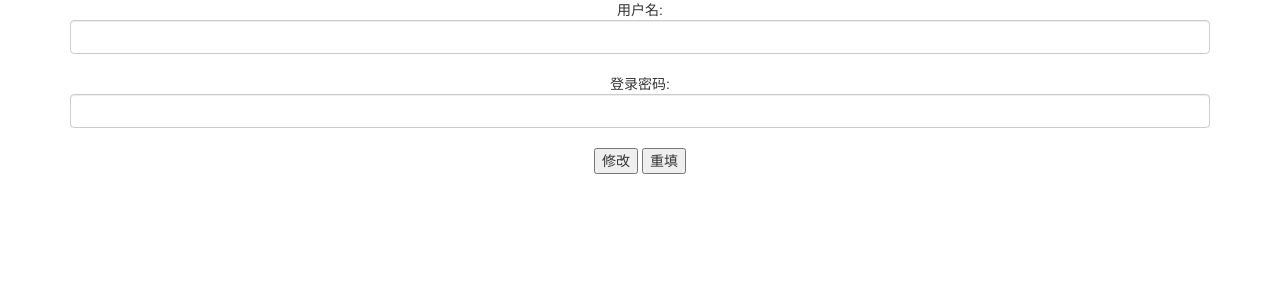
Repository: suxiaohutot/PHP
Page: http://localhost/zhaohuipassword_html.php
These files come from the project's save history. The page is drawn as it stood at one moment and after the next save; the edit follows.
The browser window is 1280 px wide. The pictures show the whole page.
The page is run by PHP 8.4 with error messages shown; the project is at /var/www/html/.

Above is the page before, as saved 2019-10-25 05:38:02.

### test/zhaohuipassword_html.php
<html>
<head>
<meta charset="utf-8"/>
<link href="css/bootstrap.min.css" rel="stylesheet" />
	<style type="text/css">
	   body{ text-align:center}
	</style>
</head>
<form action="xiugai_chenge.php" method="post" class="container">
<div class="form-inline">
			<div class="form-group">

			</div>
			</div>
    用户名:
    <input type="text" name="name" class="form-control"><br>
    登录密码:
    <input type="password" name="password" size="20" maxlength="15" class="form-control"><br>

    <input type="submit" value="修改">
    <input type="reset" value="重填">
</form>
</html>

Loaded but not shown: test/css/bootstrap.min.css (library)

After the next save:
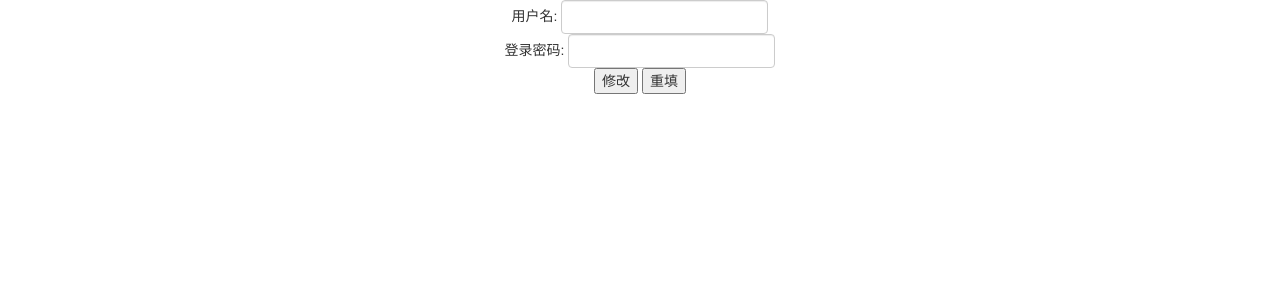
Saved 28 s later.
--- a/test/zhaohuipassword_html.php
+++ b/test/zhaohuipassword_html.php
@@ -9,15 +9,15 @@
 <form action="xiugai_chenge.php" method="post" class="container">
 <div class="form-inline">
 			<div class="form-group">
+			 用户名:
+                <input type="text" name="name" class="form-control"><br>
+                                  登录密码:
+                <input type="password" name="password" size="20" maxlength="15" class="form-control"><br>
 
+                <input type="submit" value="修改">
+                <input type="reset" value="重填">
 			</div>
 			</div>
-    用户名:
-    <input type="text" name="name" class="form-control"><br>
-    登录密码:
-    <input type="password" name="password" size="20" maxlength="15" class="form-control"><br>
 
-    <input type="submit" value="修改">
-    <input type="reset" value="重填">
 </form>
 </html>
